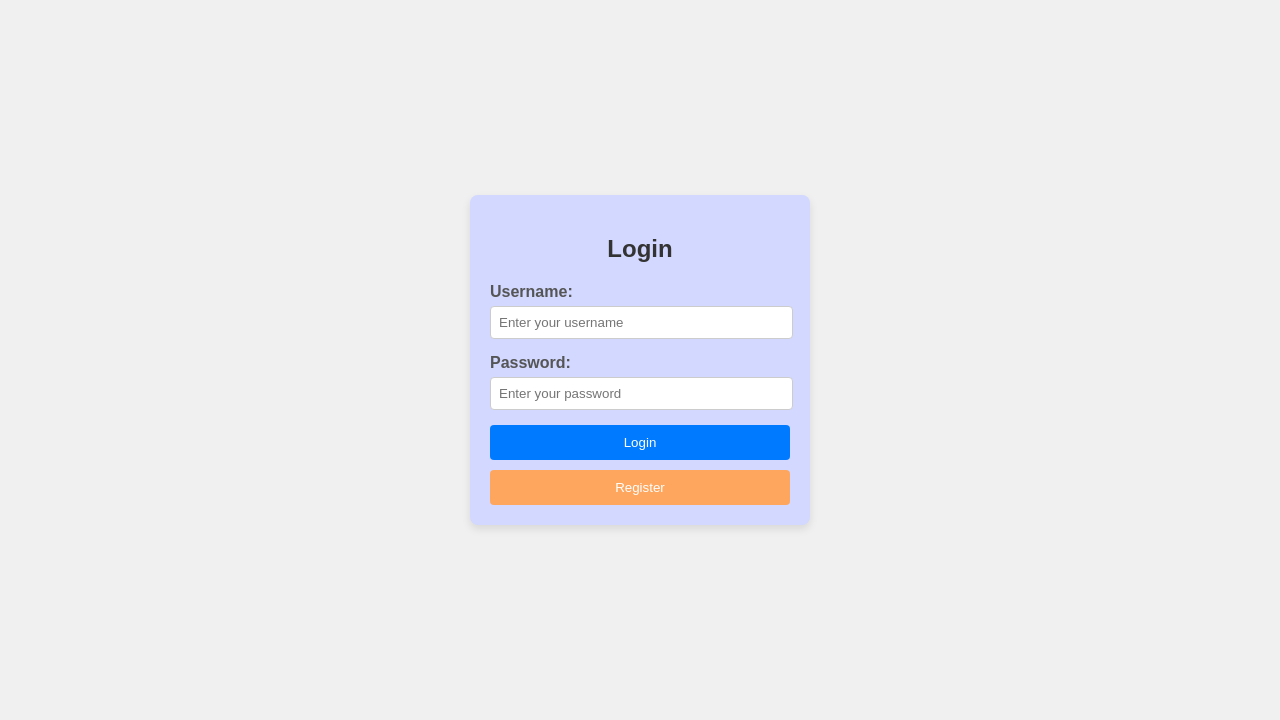
Repository: BAANANAAAA/DatabaseProject
Page: /
An editor plug-in stored every save of this project. The page is shown before and after a run of saves, followed by the edit.
The browser window is 1280 px wide. The pictures show the whole page.
The project was rebuilt for these pictures with package versions that can differ from the ones it lists, and the page was loaded fresh each time. Also part of the build but not shown: src/components/MainFrame.css, src/components/MainFrame.jsx, src/components/UserProfile.jsx, src/components/ViewMessage.jsx, src/components/SearchPage.jsx, src/components/Search.css, src/components/Search.jsx, src/components/Apply.jsx and 3 more.

Above is the page before, as saved 2024-05-16 03:12:19.

After the next 2 saves:
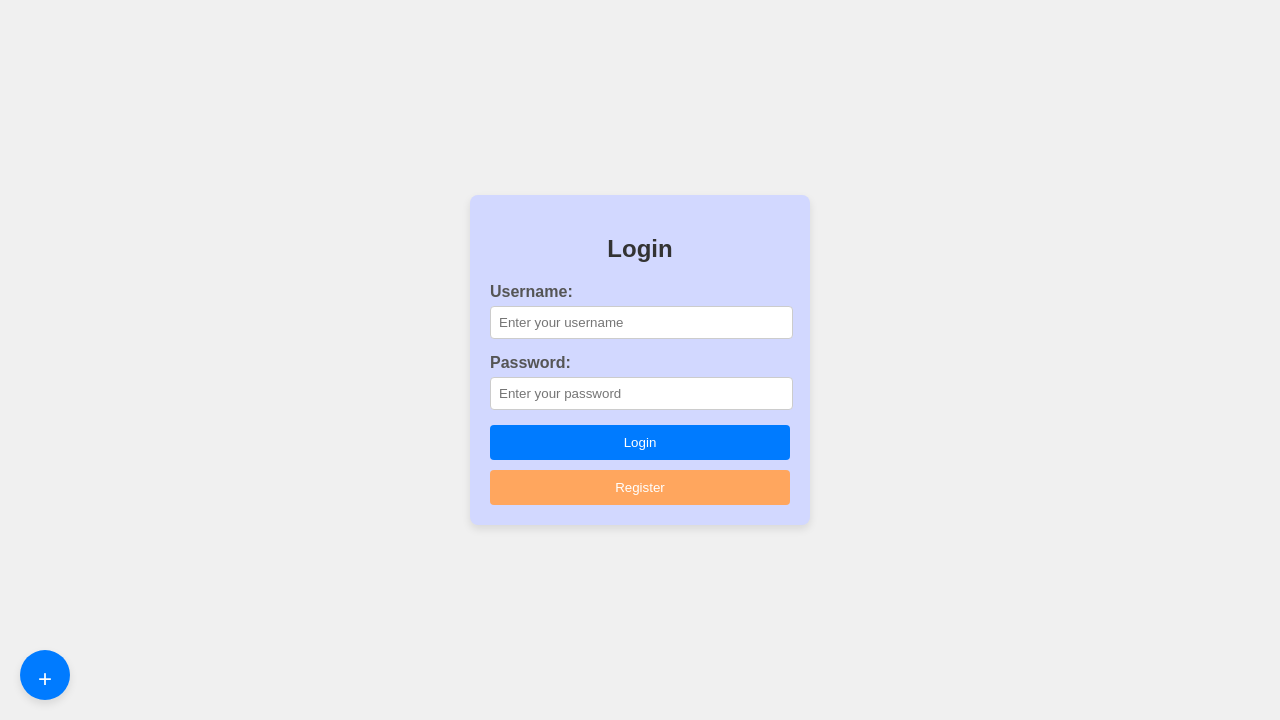
The 2 saves are shown as one change because they came seconds apart.
The last was saved 18 s later.
--- a/src/App.js
+++ b/src/App.js
@@ -108,10 +108,6 @@ function App () {
               <button onClick={handleLogout} style={{ padding: '8px', marginLeft: '-450px' }}>Logout</button>
             </header>
 
-            <button className="post-button" onClick={() => setShowNewThreadForm(!showNewThreadForm)}>
-              {showNewThreadForm ? '-' : '+'}
-            </button>
-
             <Routes>
               <Route path="/" element={<MainFrame />} />
               <Route path="/user-profile" element={<UserProfile />} />
@@ -130,7 +126,11 @@ function App () {
           </Routes>
         )}
       </div>
+      <button className="post-button" onClick={() => setShowNewThreadForm(!showNewThreadForm)}>
+        {showNewThreadForm ? '-' : '+'}
+      </button>
     </Router>
+
   )
 }
 
